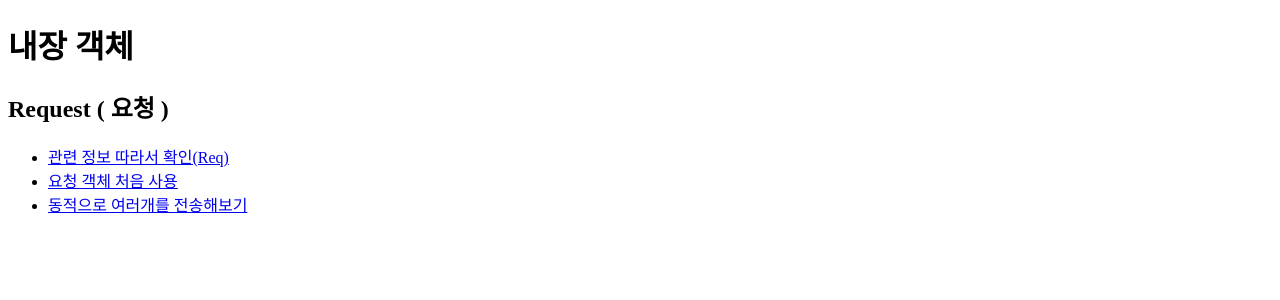
Repository: kvmhyvmvn/Study_JspServlet
Page: http://localhost/04.Implicit/
An editor plug-in stored every save of this project. The page is shown before and after the next save, followed by the edit.
The browser window is 1280 px wide. The pictures show the whole page.
The page is served by Tomcat 9.

Above is the page before, as saved 2023-05-22 02:40:49.

After the next save:
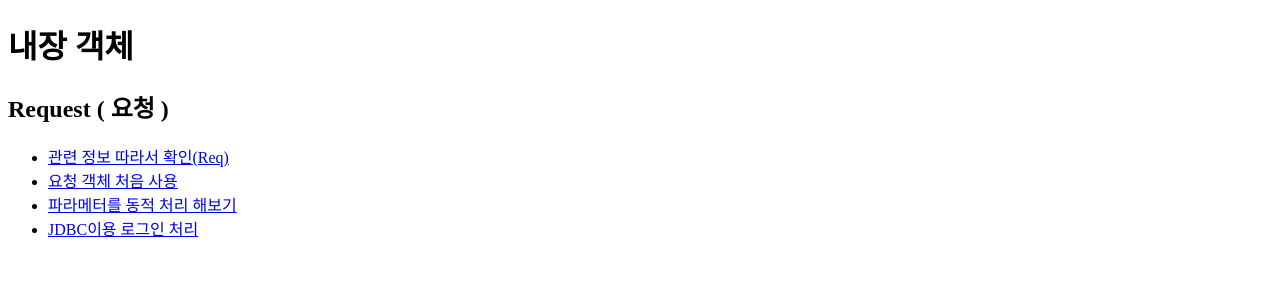
Saved 106 s later.
--- a/WorkSpace/04.Implicit/src/main/webapp/index.jsp
+++ b/WorkSpace/04.Implicit/src/main/webapp/index.jsp
@@ -12,7 +12,8 @@
 	<ul>
 		<li><a href="Ex01_Request/Ex00_IntoRequest.jsp">관련 정보 따라서 확인(Req)</a>
 		<li><a href="Ex01_Request/Ex01_Request.jsp">요청 객체 처음 사용</a>
-		<li><a href="Ex01_Request/Ex02_Request.jsp">동적으로 여러개를 전송해보기</a>
+		<li><a href="Ex01_Request/Ex02_Request.jsp">파라메터를 동적 처리 해보기</a>
+		<li><a href="Ex01_Request/Ex03_Request.jsp">JDBC이용 로그인 처리</a>
 
 	</ul>
 </body>
